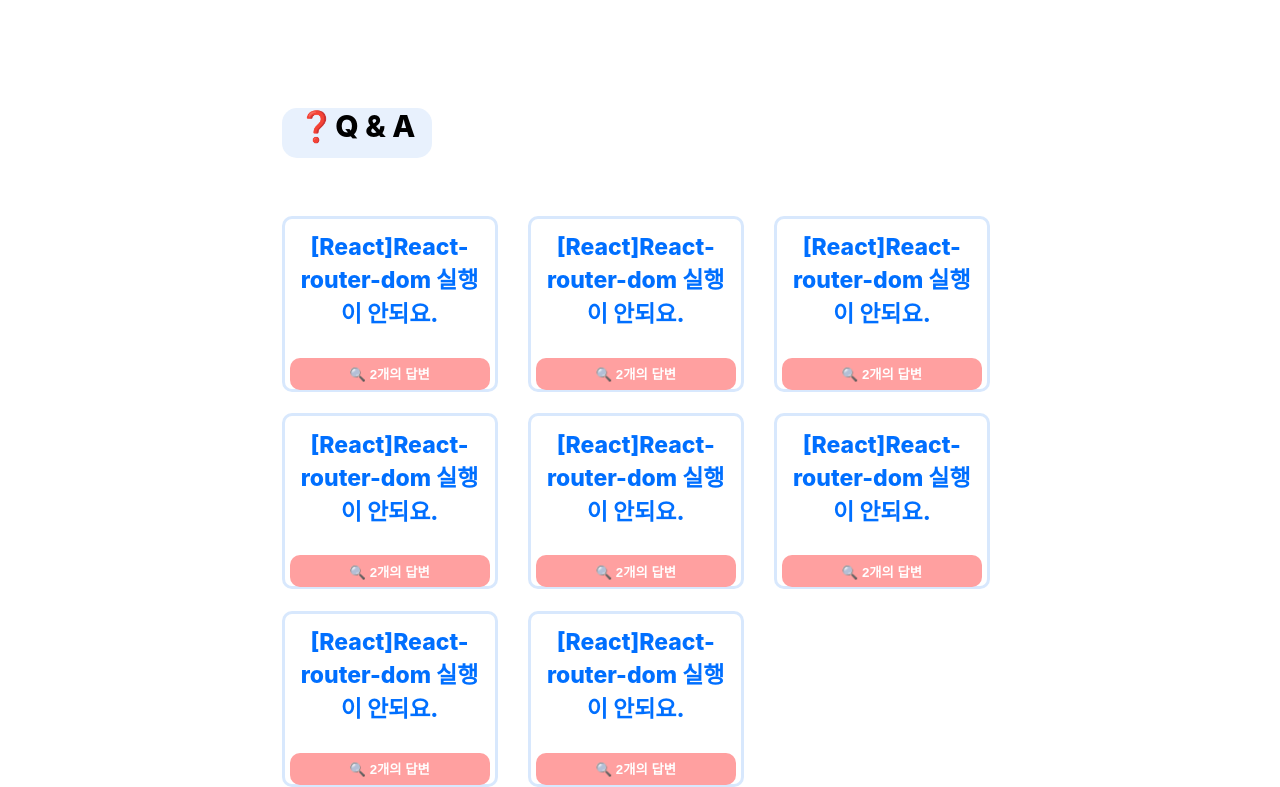
Repository: TeamCosine/Front
Page: /Qna
These files come from the project's save history. The page is drawn as it stood at one moment and after a run of saves; the edit follows.
The browser window is 1280 px wide. The pictures show the whole page.
The project was rebuilt for these pictures with package versions that can differ from the ones it lists, and the page was loaded fresh each time. Also part of the build but not shown: src/components/home/Card.js, src/pages/Home.js, src/pages/Profile.js, src/pages/Login.js, src/components/MyInfo/Card.js, src/pages/MyInfo.js, src/pages/Write.js, src/pages/Invite.js.

Above is the page before, as saved 2023-07-22 23:15:25.

After the next 2 saves:
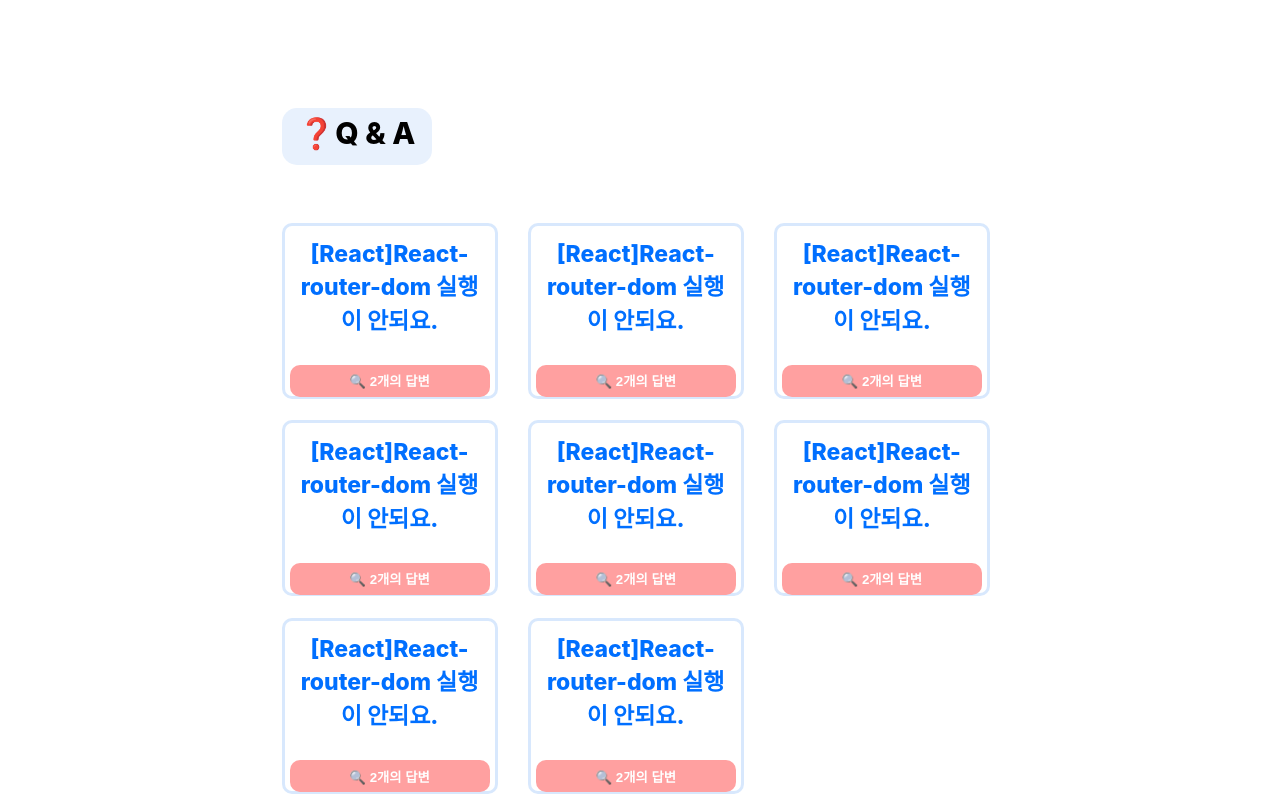
The 2 saves are shown as one change because they came seconds apart.
The last was saved 16 s later.
--- a/src/pages/Qna.js
+++ b/src/pages/Qna.js
@@ -28,6 +28,7 @@
     margin-bottom: 3vh;
     font-size: 30px;
     margin-left : 22vw;
+    padding-top: 1vh;
 
 `;
 
